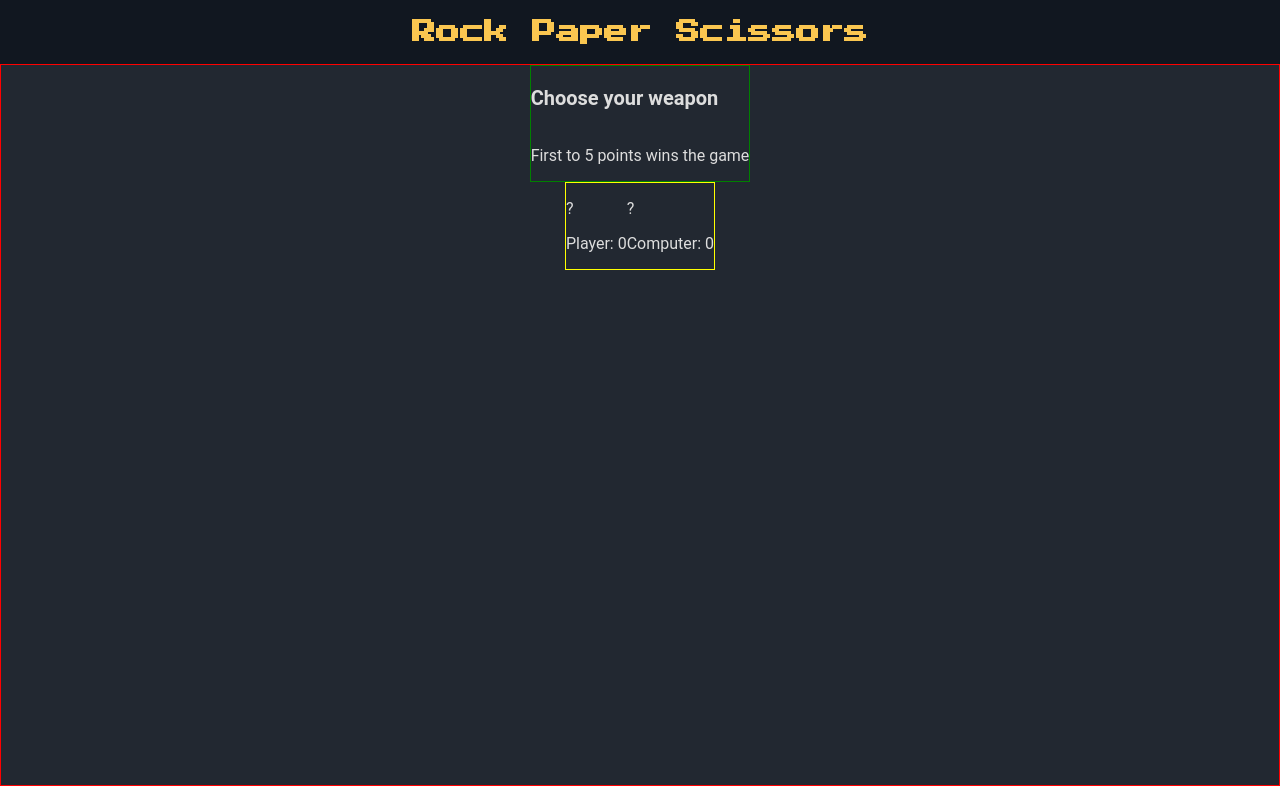
Repository: Aaryan-Poria/Rock-Paper-Scissors
Page: index.html
An editor plug-in stored every save of this project. The page is shown before and after the next save, followed by the edit.
The browser window is 1280 px wide. The pictures show the whole page.

Above is the page before, as saved 2023-08-21 23:40:42.

After the next save:
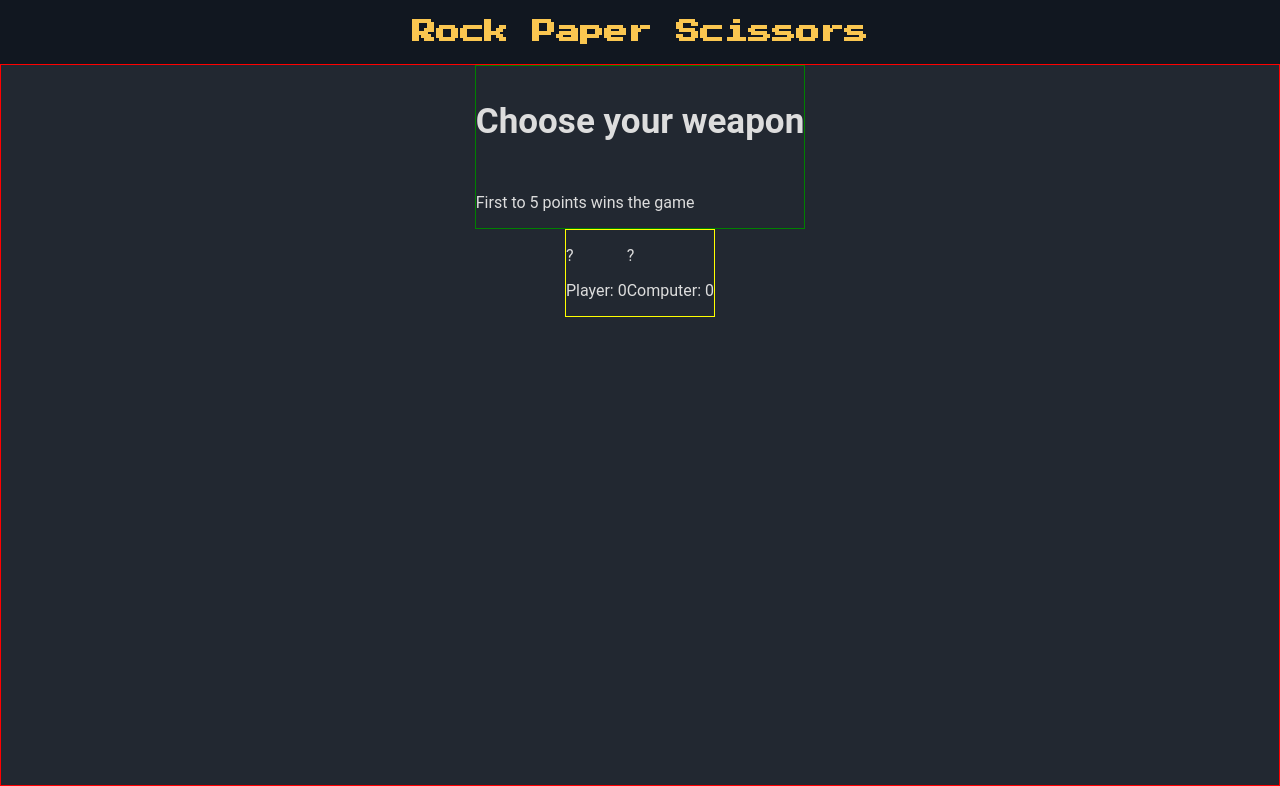
Saved 43 s later.
--- a/style.css
+++ b/style.css
@@ -32,7 +32,7 @@ body {
   flex-direction: column;
 }
 .main-text > h3 {
-  font-size: 20px;
+  font-size: 35px;
 }
 .text-content {
   border: 1px solid yellow;
